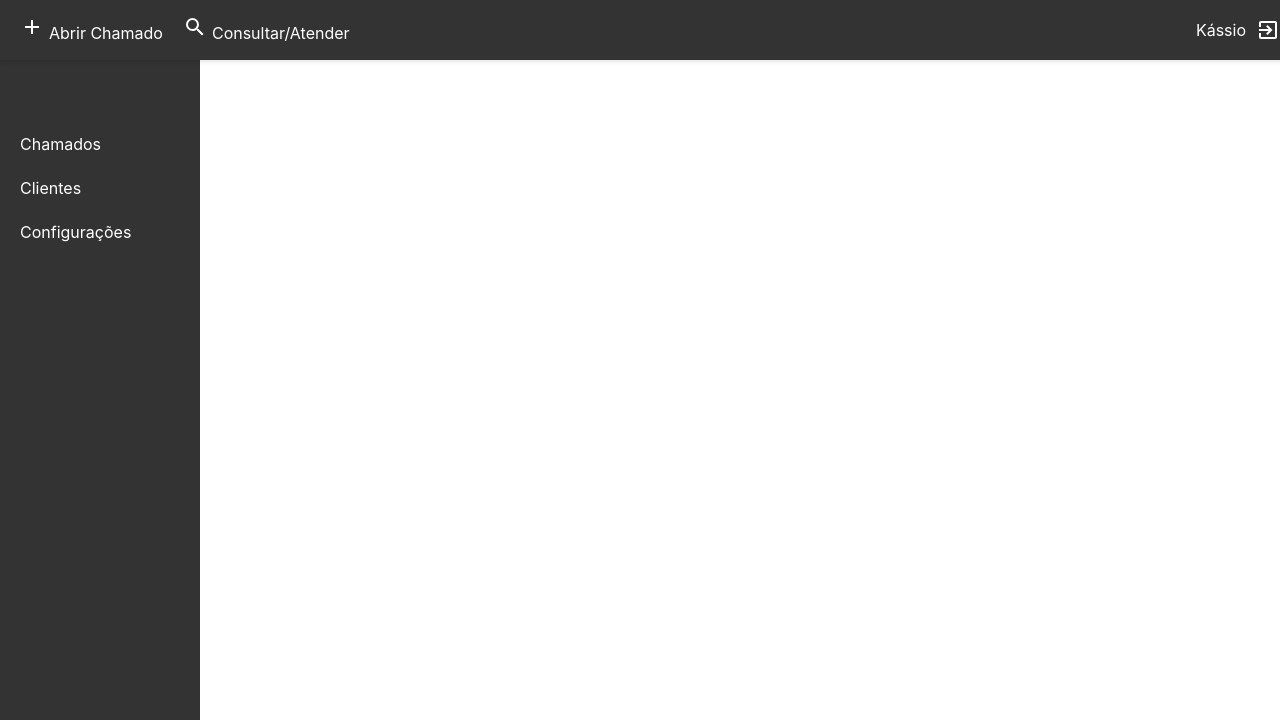
Repository: zkassimz/helpdesk
Page: /
The author's editor kept a copy of each file at every save. The page is drawn from the files as they stood at one save, then again after the next save.
The browser window is 1280 px wide. The pictures show the whole page.
The project was rebuilt for these pictures with package versions that can differ from the ones it lists, and the page was loaded fresh each time. Also part of the build but not shown: vite.config.js, src/components/css/Chamados.css, src/components/Chamados.jsx, src/components/Clientes.jsx, src/components/Configuracoes.jsx.

Above is the page before, as saved 2024-04-01 13:29:24.

### index.html
<!doctype html>
<html lang="en">

  <body>
    <div id="root"></div>
    <script type="module" src="/src/main.jsx"></script>
  </body>
</html>

### src/App.jsx
// src/App.js
import React, { useState } from 'react';
import AppBar from './components/AppBar'; // Importando o componente AppBar
import Sidebar from './components/Sidebar';
import Chamados from './components/Chamados';
import Clientes from './components/Clientes';
import Configuracoes from './components/Configuracoes';
import './App.css';

function App() {
  const [currentPage, setCurrentPage] = useState('Dashboard');

  const renderPage = () => {
    switch (currentPage) {
      case 'Chamados':
        return <Chamados />;
      case 'Clientes':
        return <Clientes />;
      case 'Configuracoes':
        return <Configuracoes />;
      default:
        return <div>Página não encontrada</div>;
    }
  };

  return (
    <div className="app">
      <AppBar />
      <div className="content">
        <Sidebar setCurrentPage={setCurrentPage} />
        <div className="main-content">
          {renderPage()}
        </div>
      </div>
    </div>
  );
}

export default App;

### src/components/AppBar.jsx

import React from 'react';
import { MdAdd, MdSearch, MdExitToApp } from 'react-icons/md';
import './css/AppBar.css';
const AppBar = () => {
  return (
    <div className="appbar">
      <div className="appbar-left">
        <div className="appbar-item" onClick={() => console.log("Abrir chamado")}>
          <MdAdd size={24} />
          <span>Abrir Chamado</span>
        </div>
        <div className="appbar-item" onClick={() => console.log("Consultar/Atender")}>
          <MdSearch size={24} />
          <span>Consultar/Atender</span>
        </div>
      </div>
      <div className="appbar-right">
        <span>Kássio </span>
        <div className="logout-button" onClick={() => console.log("Logout")}>
          <MdExitToApp size={24} />
        </div>
      </div>
    </div>
  );
};

export default AppBar;

### src/components/Sidebar.jsx
import React from 'react';
import './css/SideBar.css';

const Sidebar = ({ setCurrentPage }) => {
  const handleClick = (page) => {
    setCurrentPage(page);
  };

  return (
    <div className="sidebar">
      <div className="sidebar-header">
        <h3>Menu</h3>
      </div>
      <ul className="menu">
        <li onClick={() => handleClick('Chamados')}>Chamados</li>
        <li onClick={() => handleClick('Clientes')}>Clientes</li>
        <li onClick={() => handleClick('Configurações')}>Configurações</li>
      </ul>
    </div>
  );
};

export default Sidebar;

### src/App.css

.app {
  display: grid;
  grid-template-rows: auto 1fr;
  height: 100vh;
}
.sidebar {
  width: 200px;
  background-color: #333;
  color: #fff;
}

.main-content {
  flex: 1;
  overflow-y: auto;
}

.content {
  display: flex;
}

.sidebar-header {
  padding: 20px;
  text-align: center;
}

.menu {
  list-style-type: none;
  padding: 0;
}

.menu li {
  padding: 10px 20px;
  cursor: pointer;
}

.menu li:hover {
  background-color: #555;
}

### src/components/css/AppBar.css


.appbar {
    background-color: #333;
    color: #fff;
    display: flex;
    justify-content: space-between;
    align-items: center;
    padding: 0 20px;
    height: 60px; /* Definindo a altura da AppBar */
    width: 100%; /* Definindo a largura da AppBar como 100% da tela */
    position: fixed; /* Fixando a AppBar no topo da tela */
    top: 0; /* Alinhando a AppBar no topo da tela */
    z-index: 1000; /* Ajustando a ordem de empilhamento para que a AppBar fique acima de outros elementos */
    box-shadow: 0 2px 4px rgba(0, 0, 0, 0.1); /* Adicionando uma sombra para efeito */
  }

  .appbar-left, .appbar-right {
    display: flex;
    align-items: center;
  }

  .appbar-item, .logout-button {
    cursor: pointer;
    margin-right: 20px;
    text-decoration: none; /* Removendo o sublinhado padrão */
    color: inherit; /* Herdando a cor do texto do elemento pai */
    transition: all 0.3s ease; /* Adicionando uma transição suave */
  }

  .appbar-item:hover, .logout-button:hover {
    transform: translateY(-2px); /* Adicionando um efeito de levantamento ao passar o mouse */
  }

  .appbar-item span {
    margin-left: 5px;
  }

  .logout-button {
    display: flex;
    align-items: center;
  }

  .logout-button span {
    margin-right: 10px;
  }
  .appbar-right {
    display: flex;
    align-items: center;
  }

  .appbar-right span {
    margin-right: 10px; /* Adicionando espaçamento à direita do nome do usuário */
  }

  .logout-button {
    display: flex;
    align-items: center;
  }

### src/components/css/SideBar.css
.sidebar {
    width: 100px;
    background-color: #333;
    color: #fff;
    height: 100vh;
  }

  .sidebar.open {
    width: 0;
  }

  @media (max-width: 768px) {
    .sidebar {
      width: 100%;
    }
  }


  @media (min-width: 1024px) {
    .sidebar {
      width: 300px;
    }
  }

Loaded but not shown: src/main.jsx (common file); src/index.css (common file)

After the next save:
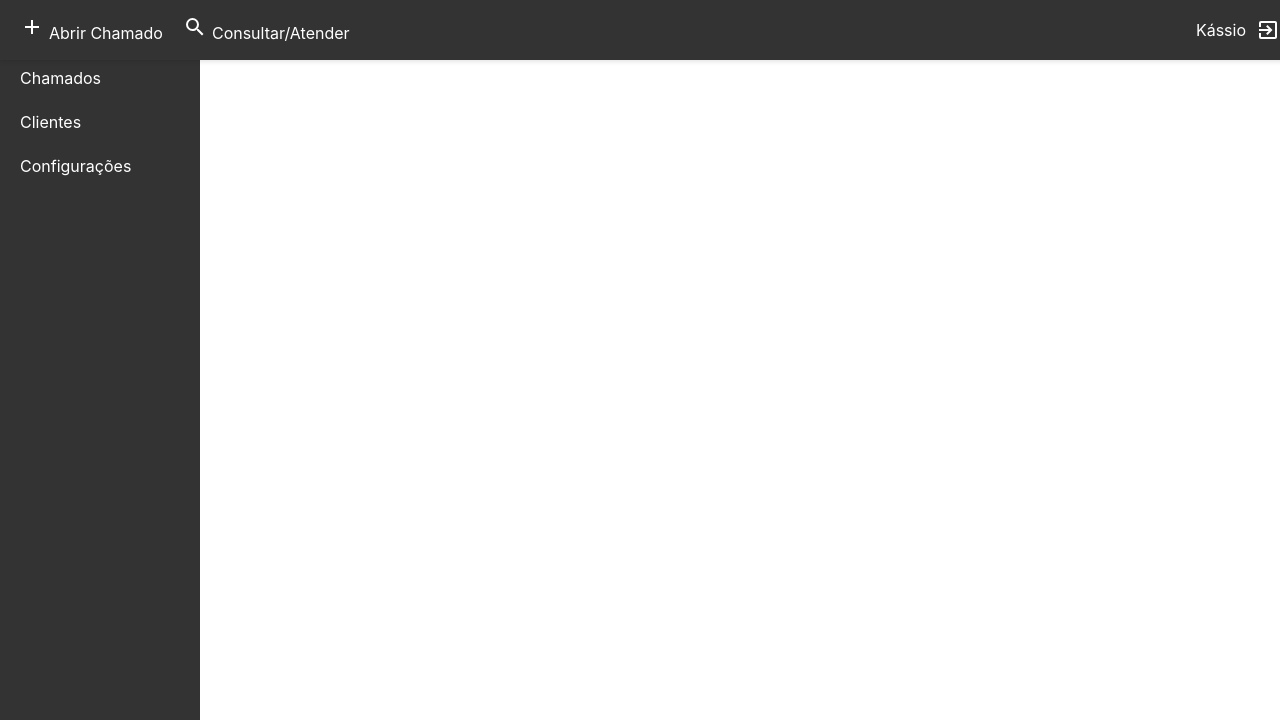
Saved 41 s later.
--- a/src/components/Sidebar.jsx
+++ b/src/components/Sidebar.jsx
@@ -9,7 +9,7 @@ const Sidebar = ({ setCurrentPage }) => {
   return (
     <div className="sidebar">
       <div className="sidebar-header">
-        <h3>Menu</h3>
+
       </div>
       <ul className="menu">
         <li onClick={() => handleClick('Chamados')}>Chamados</li>
